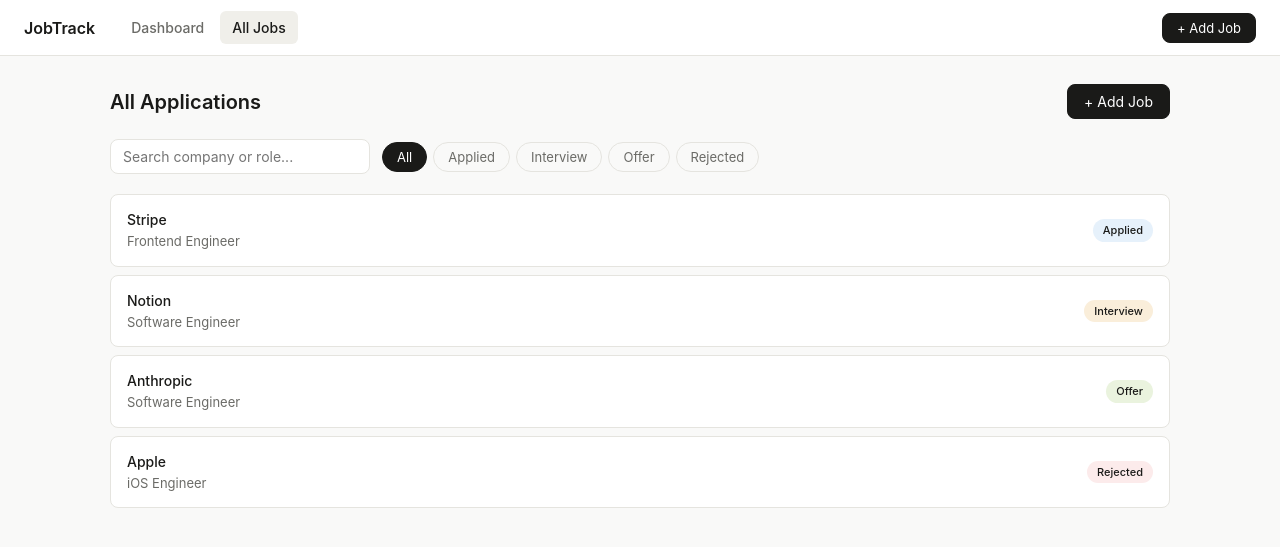
Repository: adtm0/jobtracker
Page: /jobs (app in frontend/)
These files come from the project's save history. The page is drawn as it stood at one moment and after a run of saves; the edit follows.
The browser window is 1280 px wide. The pictures show the whole page.
The project was rebuilt for these pictures with package versions that can differ from the ones it lists, and the page was loaded fresh each time. Also part of the build but not shown: frontend/vite.config.js, frontend/src/pages/Login.jsx, frontend/src/pages/Register.jsx, frontend/src/pages/Dashboard.jsx, frontend/src/pages/JobForm.jsx.

Above is the page before, as saved 2026-04-19 20:25:20.

### frontend/src/main.jsx
import { StrictMode } from "react";
import React from "react";
import ReactDOM from 'react-dom/client'
import { BrowserRouter } from 'react-router-dom'
import { createRoot } from "react-dom/client";
import "./index.css";
import App from "./App.jsx";

createRoot(document.getElementById("root")).render(
  <StrictMode>
    <BrowserRouter>
      <App />
    </BrowserRouter>
  </StrictMode>,
);

### frontend/src/index.css
*, *::before, *::after {
  box-sizing: border-box;
  margin: 0;
  padding: 0;
}

body {
  font-family: -apple-system, BlinkMacSystemFont, 'Segoe UI', sans-serif;
  background: #f9f9f8;
  color: #1a1a18;
  font-size: 14px;
  line-height: 1.5;
}

main {
  max-width: 1100px;
  margin: 0 auto;
  padding: 28px 20px;
}

input, select, textarea {
  width: 100%;
  padding: 8px 12px;
  border: 1px solid #e5e4df;
  border-radius: 8px;
  font-size: 14px;
  font-family: inherit;
  outline: none;
}

input:focus, select:focus, textarea:focus {
  border-color: #185FA5;
}

button {
  cursor: pointer;
  font-family: inherit;
  font-size: 14px;
  border-radius: 8px;
  border: 1px solid #e5e4df;
  background: #fff;
  padding: 8px 16px;
}

button:hover {
  background: #f9f9f8;
}

.btn-primary {
  background: #1a1a18;
  color: #fff;
  border-color: #1a1a18;
}

.btn-primary:hover {
  background: #333;
}

label {
  display: block;
  font-size: 12px;
  font-weight: 500;
  color: #6b6b67;
  margin-bottom: 5px;
}

### frontend/src/App.jsx
import {Routes, Route} from 'react-router-dom'
import Login from './pages/Login'
import Register from './pages/Register'
import Dashboard from './pages/Dashboard'
import Jobs from './pages/Jobs'
import JobForm from './pages/JobForm'
import Navbar from './components/Navbar'

function Layout({ children }) {
  return (
    <>
      <Navbar />
      <main>
        {children}
      </main>
    </>
  );
}

function App() {

  return (
    <Routes>
      <Route path='/login' element={<Login />} />
      <Route path='/register' element={<Register />} />
      <Route path='/dashboard' element={<Layout><Dashboard /></Layout>} />
      <Route path='/jobs' element={<Layout><Jobs /></Layout>} />
      <Route path='/jobs/new' element={<Layout><JobForm /></Layout>} />
    </Routes>
  )
}

export default App

### frontend/src/pages/Jobs.jsx
import { useState } from "react";
import { Link } from "react-router-dom";

const STATUSES = ["all", "applied", "interview", "offer", "rejected"];

const MOCK_JOBS = [
  {
    id: 1,
    company: "Stripe",
    role: "Frontend Engineer",
    status: "applied",
    date_applied: "2026-04-14",
    notes: "Referral from Jane",
  },
  {
    id: 2,
    company: "Notion",
    role: "Software Engineer",
    status: "interview",
    date_applied: "2026-04-08",
    notes: "Technical round next week",
  },
  {
    id: 3,
    company: "Anthropic",
    role: "Software Engineer",
    status: "offer",
    date_applied: "2026-03-30",
    notes: "Deadline Apr 25",
  },
  {
    id: 4,
    company: "Apple",
    role: "iOS Engineer",
    status: "rejected",
    date_applied: "2026-03-20",
    notes: "",
  },
];

const BADGE_COLORS = {
  applied: { bg: "#E6F1FB", color: "#185FA5" },
  interview: { bg: "#FAEEDA", color: "#854F0B" },
  offer: { bg: "#EAF3DE", color: "#3B6D11" },
  rejected: { bg: "#FCEBEB", color: "#A32D2D" },
};
export default function Jobs() {
  const [filter, setFilter] = useState("all");
  const [search, setSearch] = useState("");

  const filtered = MOCK_JOBS.filter(
    (j) => filter === "all" || j.status === filter,
  ).filter(
    (j) =>
      j.company.toLowerCase().includes(search.toLowerCase()) ||
      j.role.toLowerCase().includes(search.toLowerCase()),
  );

  return (
    <div>
      <div
        style={{
          display: "flex",
          justifyContent: "space-between",
          alignItems: "center",
          marginBottom: 20,
        }}
      >
        <h2 style={{ fontSize: 20, fontWeight: 600 }}>All Applications</h2>
        <Link to="/jobs/new" style={{ textDecoration: "none" }}>
          <button className="btn-primary">+ Add Job</button>
        </Link>
      </div>

      {/*search and filters */}
      <div
        style={{
          display: "flex",
          gap: 12,
          marginBottom: 20,
          alignItems: "center",
        }}
      >
        <input
          placeholder="Search company or role..."
          value={search}
          onChange={(e) => setSearch(e.target.value)}
          style={{ maxWidth: 260 }}
        />
        <div style={{ display: "flex", gap: 6 }}>
          {STATUSES.map((s) => (
            <button
              key={s}
              onClick={() => setFilter(s)}
              style={{
                padding: "6px 14px",
                borderRadius: 20,
                fontSize: 13,
                border: "1px solid",
                borderColor: filter === s ? "#1a1a18" : "#e5e4df",
                background: filter === s ? "#1a1a18" : "transparent",
                color: filter === s ? "#fff" : "#6b6b67",
              }}
            >
              {s.charAt(0).toUpperCase() + s.slice(1)}
            </button>
          ))}
        </div>
      </div>

      {/* job list */}
      {filtered.length === 0 ? (
        <div
          style={{
            textAlign: "center",
            padding: "60px 20px",
            color: "#9d9d99",
          }}
        >
          <p style={{ fontSize: 16, marginBottom: 6 }}>No applications found</p>
          <p>Try adjusting your filters</p>
        </div>
      ) : (
        <div style={{display: 'flex', flexDirection: 'column',gap: 8}}>
          {filtered.map(job => (
            <div
              key={job.id}
              style={{
                background: '#fff',
                border: '1px solid #e5e4df',
                borderRadius: 8,
                padding: '14px 16px',
                display: 'flex',
                alignItems: 'center',
                gap: 12,
                cursor: 'pointer',
              }}
            >
              <div style={{flex: 1}}>
                <div style={{fontWeight: 500}}>{job.company}</div>
                <div style={{color: '#6b6b67', fontSize: 13, marginTop: 2}}>{job.role}</div>
              </div>
              <span style={{
                fontSize: 11,
                fontWeight: 500,
                padding: '3px 10px',
                borderRadius: 20,
                background: BADGE_COLORS[job.status].bg
              }}>
                {job.status.charAt(0).toUpperCase() + job.status.slice(1)}
              </span>
            </div>
          ))}
        </div>
      )}
    </div>
  );
}

### frontend/src/components/Navbar.jsx
import { NavLink } from "react-router-dom";

export default function Navbar() {
  return (
    <nav
      style={{
        background: "#fff",
        borderBottom: "1px solid #e5e4df",
        padding: "0 24px",
        height: 56,
        display: "flex",
        alignItems: "center",
        justifyContent: "space-between",
        position: "sticky",
        top: 0,
        zIndex: 100,
      }}
    >
      <div style={{ display: "flex", alignItems: "center", gap: 4 }}>
        <span style={{ fontWeight: 600, fontSize: 16, marginRight: 20 }}>
          JobTrack
        </span>
        <NavLink to="/dashboard" style={linkStyle}>
          Dashboard
        </NavLink>
        <NavLink to="/jobs" style={linkStyle}>
          All Jobs
        </NavLink>
      </div>
      <NavLink to="/jobs/new" style={{ textDecoration: "none" }}>
        <button
          className="btn-primary"
          style={{ fontSize: 13, padding: "6px 14px" }}
        >
          + Add Job
        </button>
      </NavLink>
    </nav>
  );
}

const linkStyle = ({ isActive }) => ({
  textDecoration: "none",
  fontSize: 14,
  fontWeight: 500,
  padding: '6px 12px',
  borderRadius: 6,
  color: isActive ? '#1a1a18' : '#6b6b67',
  background: isActive ? '#f0efea' : 'transparent'
});

After the next 4 saves:
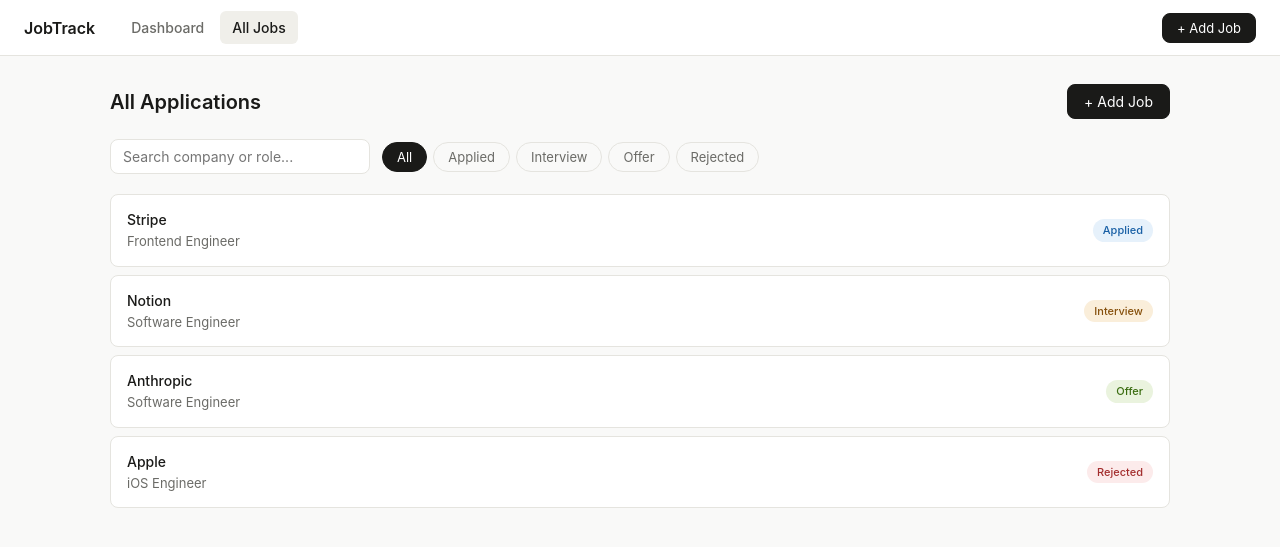
The 4 saves are shown as one change because 1 did not build or start and some came seconds apart.
The last was saved 18 s later.
--- a/frontend/src/pages/Jobs.jsx
+++ b/frontend/src/pages/Jobs.jsx
@@ -145,7 +145,8 @@
                 fontWeight: 500,
                 padding: '3px 10px',
                 borderRadius: 20,
-                background: BADGE_COLORS[job.status].bg
+                background: BADGE_COLORS[job.status].bg,
+                color: BADGE_COLORS[job.status].color
               }}>
                 {job.status.charAt(0).toUpperCase() + job.status.slice(1)}
               </span>
